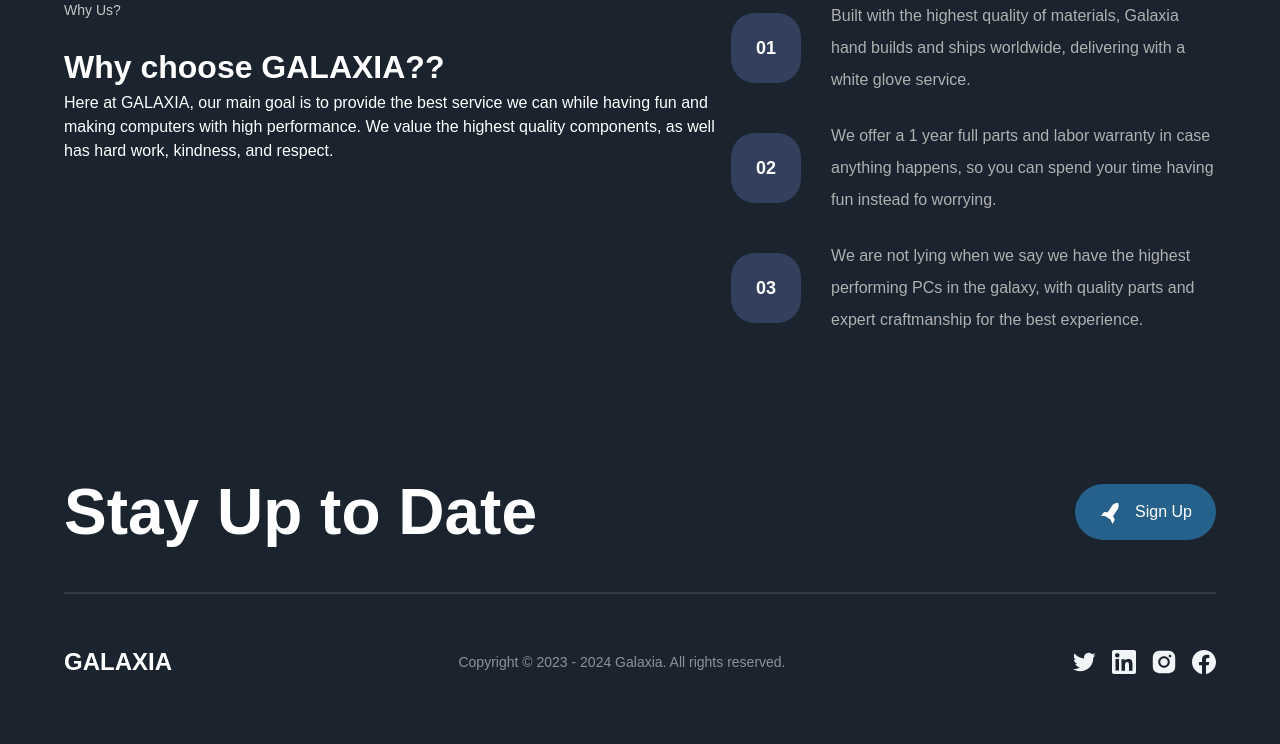
Repository: kaitlynlie/galaxia_pcs
Page: /
An editor plug-in stored every save of this project. The page is shown before and after the next save, followed by the edit.
The browser window is 1280 px wide. The pictures show the part of the page from y = 2754 to 3498 px (the page is 3498 px tall).
Some web fonts or font styles are not loaded; a fallback is used. The project was rebuilt for these pictures with package versions that can differ from the ones it lists, and the page was loaded fresh each time. Also part of the build but not shown: vite.config.js, components/PCcard.jsx, sections/Neptune.jsx, sections/Jupiter.jsx, sections/People.jsx, src/assets/index.js, sections/Video.jsx, sections/Program.jsx and 4 more. Imported but missing from the stored project, and not drawn on this page: src/assets/video.mp4.

Above is the page before, as saved 2023-08-09 19:09:12.

### index.html
<!DOCTYPE html>
<html lang="en">
  <head>
    <style>
      /* WebKit-based browsers (Chrome, Safari) */
      ::-webkit-scrollbar {
        width: 12px;
      }

      ::-webkit-scrollbar-track {
        background-color: #606060; /* Adjust the background color */
      }

      ::-webkit-scrollbar-thumb {
        background-color: #25618b; /* Adjust the thumb color */
        border-radius: 6px;
      }
    </style>
    <meta charset="UTF-8" />
    <link rel="icon" type="image/svg+xml" href="/logo.svg" />
    <link rel="preconnect" href="https://stijndv.com" />
    <link rel="stylesheet" href="https://stijndv.com/fonts/Eudoxus-Sans.css" />
    <meta name="viewport" content="width=device-width, initial-scale=1.0" />
    <title>GALAXIA</title>
  </head>
  <body>
    <div id="root"></div>
    <script type="module" src="/src/main.jsx"></script>
  </body>
</html>

### src/main.jsx
import React from 'react'
import App from './App.jsx'
import ReactDOM from 'react-dom';
import { BrowserRouter } from 'react-router-dom';


ReactDOM.render(
  <BrowserRouter>
    <App />
  </BrowserRouter>,
  document.getElementById('root'),
);

### src/App.jsx
import Navbar from '../components/Navbar'
import Home from '../pages/Home'
import Community from '../pages/Community'
import Creator from '../pages/Creator'
import PCs from '../pages/PCs'
import { Route, Routes } from 'react-router-dom'
import React from 'react'
import '../styles/globals.css'

function App() {

  return (
    <>
    <div className='bg-primary-black overflow-hidden'>
      <img
            src='./stars.png'
            alt='stars'
            className="z-0 absolute w-screen h-screen object-cover object-center opacity-50"
      />
      <Navbar />
      <Routes>
        <Route index path="/" element={<Home />} />
        <Route path="pc" element={<PCs />} />
        <Route path="community" element={<Community />} />
        <Route path="creator" element={<Creator />} />
      </Routes>
     </div>
    </>
  )
}

export default App

### components/Navbar.jsx
import { motion } from "framer-motion";
import styles from '../styles'
import { navVariants, textVariant } from '../utils/motion'
import { useState } from "react";
import { RiMenu3Line, RiCloseLine } from 'react-icons/ri';
import { Link } from 'react-router-dom'
import React from 'react'

const Navbar = () => {
  const [toggleMenu, setToggleMenu] = useState(false);

  const [nav, setNav] = useState(false);

  const openNav = () => {
    setNav(!nav);
  };

  return(
   <motion.nav
    variants={navVariants}
    initial="show"
    whileInView="show"
    viewport={{ once: false, amount: 0.25 }}
    className={`${styles.xPaddings} py-8 relative`}
  >
    <div className={`${styles.innerWidth} mx-auto flex justify-between gap-8 inline-block`}>
      <div className="flex flex-row gap-4 z-10">
        <img
          src='./logo.svg'
          alt='logo'
          />
          <Link onClick={openNav} to="/"><motion.h1 variants={textVariant(1.1)} className="flex text-white font-bold text-[24px] z-10">
            <a>GALAXIA</a>
          </motion.h1></Link>
      </div>

      <ul className='flex justify-center items-center text-white max-[880px]:hidden block z-10'>
        <Link onClick={openNav} to='/pc'><li className="mr-12"><a>Gaming PCs</a></li></Link>
        <Link onClick={openNav} to='/community'><li className="mr-12"><a>Community</a></li></Link>
        <Link onClick={openNav} to='/creator'><li><a>Creator Program</a></li></Link>
      </ul>

      <div className="relative ml-1 pointer max-[880px]:block hidden z-10">
        {toggleMenu
          ? <RiCloseLine color="#fff" size={27} onClick={() => setToggleMenu(false)} />
          : <RiMenu3Line color="#fff" size={27} onClick={() => setToggleMenu(true)} />}
        {toggleMenu && (
        <div className="flex justify-end items-end flex-col text-end bg-[#026884ce] p-3 absolute top-[40px] right-[10px] mt-1 rounded-[5px] shadow z-10">
          <div className="none">
            <ul className='flex justify-end items-end flex-col text-white text-end p-1'>
              <Link onClick={openNav} to='/pc'><li><a>Gaming PCs</a></li></Link>
              <Link onClick={openNav} to='/community'><li className="mt-2 pointer"><a>Community</a></li></Link>
              <Link onClick={openNav} to='/creator'><li className="mt-2 pointer"><a>Creator Program</a></li></Link>
            </ul>
          </div>
        </div>
        )}
        </div>

        <div className="flex flex-row gap-4 items-center max-[880px]:hidden block">
        <img
          src='./user.svg'
          alt='user'
        />
        <img
          src='./cart.svg'
          alt='cart'
        />
      </div>
      </div>

  </motion.nav>
  );
};

export default Navbar;

### pages/Home.jsx
import { Footer, Navbar } from '../components';
import { Triton, Neptune, Jupiter, Hero, WhyUs, Member } from '../sections';
import React from 'react'
import PickPC from '../sections/PickPC';

const Home = () => (
  <div className='bg-primary-black overflow-hidden'>
        {/* <img
          src='./stars.png'
          alt='stars'
          className="z-0 absolute w-screen h-screen object-cover object-center opacity-50"
    /> */}
    <Hero />
    <div className='relative'>
      <Triton />
      {/* <div className='gradient-03 z-0' /> */}
      <PickPC />
      <Member />
      {/* <Neptune /> */}
    </div>
    <div className='relative'>
      {/* <Jupiter /> */}
    </div>
    <div className='relative'>
      <WhyUs />
      {/* <div className='gradient-04 z-0' /> */}
      <Footer />
    </div>
  </div>
);

export default Home;

### styles/globals.css
@import "tailwindcss/base";

@import "tailwindcss/components";

@import "tailwindcss/utilities";

* {
  margin: 0;
  padding: 0;
  box-sizing: border-box;
  font-family: "Eudoxus Sans", sans-serif;
  scroll-behavior: smooth;
}

.gradient-01 {
  background-image: linear-gradient(
    270deg,
    hsl(295deg 76% 51%) 0%,
    hsl(284deg 70% 73%) 26%,
    hsl(257deg 70% 86%) 39%,
    hsl(202deg 92% 90%) 50%,
    hsl(215deg 77% 81%) 61%,
    hsl(221deg 73% 70%) 74%,
    hsl(220deg 76% 51%) 100%
  );
  filter: blur(125px);
}

.hero-gradient {
  background: linear-gradient(
    97.86deg,
    #a509ff 0%,
    #34acc7 53.65%,
    #a134c7 100%
  );
}

.gradient-02 {
  position: absolute;
  width: 200px;
  height: 438px;
  top: 0px;
  right: 0px;

  background: #7aebfb;
  filter: blur(190px);
}

.glassmorphism {
  background: rgba(255, 255, 255, 0.25);
  box-shadow: 0 8px 32px 0 rgba(31, 38, 135, 0.37);
  backdrop-filter: blur(4px);
  -webkit-backdrop-filter: blur(4px);
  border: 1px solid rgba(255, 255, 255, 0.18);
}

.gradient-03 {
  position: absolute;
  width: 404px;
  height: 800px;
  left: 20%;
  top: 5%;

  background: rgba(149, 66, 232, 0.35);
  filter: blur(175px);
  transform: rotate(-114.2deg);
}

.gradient-04 {
  position: absolute;
  width: 304px;
  height: 100vh;
  left: 30%;
  top: 10%;

  background: rgba(45, 72, 152, 0.75);
  filter: blur(200px);
  transform: rotate(-53.13deg);
}

.gradient-05 {
  background: linear-gradient(
    180deg,
    rgba(255, 255, 255, 0.04) 0%,
    rgba(255, 255, 255, 0) 100%
  );
}

.feedback-gradient {
  position: absolute;
  width: 200px;
  height: 316px;
  left: 0px;
  top: 0px;

  background: #8d39a3;
  filter: blur(175px);
}

.footer-gradient {
  position: absolute;
  width: 500px;
  height: 100px;
  left: 37%;
  bottom: 0;

  background: #65c4fa;
  filter: blur(150px);
}

.object {
  animation: MoveUpDown 4s linear infinite;
  position: relative;
  left: 0;
  bottom: 0;
}

@keyframes MoveUpDown {
  0%, 100% {
    bottom: 0;
  }
  50% {
    bottom: 100px;
  }
}

### components/CustomTexts.jsx
'use client';

import { motion } from "framer-motion";
import { textContainer, textVariant2 } from '../utils/motion'

export const TypingText = ({ title, textStyles}) => (
  <motion.p
    variants={textContainer}
    className={`font-normal text-[14px] text-secondary-white ${textStyles}`}
  >
    {Array.from(title).map((letter, index) => (
      <motion.span variants={textVariant2} key={index}>
        {letter === ' ' ? '\u00A0' : letter}
      </motion.span>
    ))}
  </motion.p>
);

export const TitleText = ({ title, textStyles}) => (
  <motion.h2
    variants={textVariant2}
    initial='hidden'
    whileInView='show'
    className={`mt-[22px] font-bold text-[32px] text-white ${textStyles}`}>
      {title}
  </motion.h2>
);

### components/WhyFeatures.jsx
import styles from "../styles";

const WhyFeatures = ({ number, subtitle
}) => (
  <div className={`${styles.flexCenter} flex-row`}>
    <div className={`${styles.flexCenter} w-[70px] h-[70px] rounded-[24px] bg-[#323f5d]`}>
      <p className="font-bold text-[18px] text-white">0{number}</p>
    </div>
    <p className="flex-1 ml-[30px] font-normal text-[16px] text-[#B0B0B0] leading-[32px]">{subtitle}</p>
  </div>
);

export default WhyFeatures;

### components/Footer.jsx
'use client';
import { motion } from "framer-motion";
import { socials } from "../constants";
import styles from "../styles";
import { footerVariants } from "../utils/motion";

const Footer = () => (
  <motion.footer
    variants={footerVariants}
    initial='show'
    whileInView='show'
    viewport={{ once: true, amount: 0.25 }}
    className={`${styles.paddings} py-8 relative`}>
    {/* <div className="footer-gradient" /> */}
    <div className={`${styles.innerWidth} mx-auto flex flex-col gap-8`}>
      <div className="flex items-center sm:justify-between flex-wrap gap-5">
        <h4 className="font-bold md:text-[64px] text-[44px] text-white">Stay Up to Date</h4>
        <button type="button" className="flex items-center h-fit py-4 px-6 bg-[#25618b] rounded-[32px] gap-[12px]">
          <img src='/logo.svg' alt='logo' className="w-[24px] h-[24px] object-contains"/>
          <span className="font-normal text-[16px] text-white">Sign Up</span>
        </button>
      </div>

      <div className="flex flex-col">
        <div className="mb-[50px] h-[2px] bg-white opacity-10"/>
        <div className="flex items-center justify-between flex-wrap gap-4">
          <h4 className="font-extrabold text-[24px] text-white">GALAXIA</h4>
          <p className="font-normal text-[14px] text-white opacity-50">
          Copyright © 2023 - 2024 Galaxia. All rights reserved.
          </p>
          <div className="flex gap-4">
            {socials.map((social) => (
              <img
                key={social.name}
                src={social.url}
                alt={social.name}
                className="w-[24px] h-[24px] object-contain cursor-pointer" />
            ))}
          </div>
        </div>
      </div>
    </div>
  </motion.footer>
);

export default Footer;

### components/Button.jsx
'use client';

const Button = () => (
    <button
    type="button"
    className="flex w-[127px] font-bold h-[44px] mt-[22px] items-center justify-center gap-[12px] bg-[#25618B] text-white text-[16px] rounded-[32px] pointer tracking-[0.08px] shrink-0 shadow-md transition-transform duration-300 hover:scale-105 hover:shadow-lg"
  >ADD TO CART
</button>
  );

  export default Button;

### sections/Hero.jsx
'use client';

import { motion } from "framer-motion";
import styles from '../styles';
import { slideIn, staggerContainer, fadeIn } from '../utils/motion'
import { TypingText, Button } from '../components'

const Hero = () => (
  <section className={`${styles.topPaddings} ${styles.xPaddings} flex flex-row items-center justify-center mt-10`}>
    <motion.div
      variants={fadeIn('up', 'tween', 0.2, 1)}
      initial="hidden"
      whileInView="show"
      viewport={{ once: true, amount: 0.25 }}
      className={`${styles.innerWidth} flex-col relative w-full flex justify-between items-center z-0`}
    >
      <div className="absolute z-0"/>
      <img
        src="/pc1.png"
        alt="pc"
        className="object z-10 sm:w-[357px] sm:h-[420px] w-[281px] h-[336px] relative mt-24 z-10"
      />
    </motion.div>

      <motion.div
        variants={staggerContainer}
        initial='hidden'
        whileInView='show'
        viewport={{ once: true, amount: 0.25}}
        className={`${styles.innerWidth} ${styles.xPaddings} md:px-[100px] max-[1000px]:hidden block mb-0 items-center z-10`}>
          <TypingText title='FEATURED' textStyles='text-start' />
          <motion.div
            variants={fadeIn('up', 'tween', 0.2, 1)}
            viewport={{ once: true, amount: 0.25}}
            className="mt-[8px] font-normal text-start text-secondary-white mt-9 flex-col flex flex-center">
              <span className="font-extrabold text-white sm:text-[32px] text-[20px]">TRITON </span>
              <p className="text-[20px] text-white">Triton, dedicated to users who want to travel past gaming experiences, uses high level components on the cutting edge of computers. Bold, beautiful, and a new reality for all users.</p>
          </motion.div>

          <motion.div
            variants={fadeIn('up', 'tween', 0.3, 1)}
            className="flex flex-col justify-between">
            <div className="flex flex-col justify-start items-start max-[880px]:flex-row mt-[38px]">
              <div className="flex flex-row justify-center items-center">
               <img
                src="/core.svg"
                alt="core"
                className="w-[37px] h-[37px] mt-[23px] justify-center items-center" />
                <p className="text-[20px] mt-[23px] ml-[19px] text-white">Earth Core e2-1023</p>
              </div>
              <div className="flex flex-row justify-center items-center">
               <img
                src="/card.svg"
                alt="card"
                className="w-[37px] h-[37px] mt-[23px] justify-start items-center" />
                <p className="text-[20px] mt-[23px] ml-[19px] text-white">KForce MTX 2390 Ti 12GB</p>
              </div>
            </div>

            <div className="flex flex-col justify-start items-start max-[880px]:items-center mt-[38px]">
              <div className="flex flex-row justify-between items-center">
                <p className="text-[20px] mt-[23px] text-white leading-9">$1,599.99 USD</p>
                <p className="text-[15px] mt-[23px] text-white line-through leading-[27px] ml-1">$1,999.99 USD</p>
              </div>
              <div className="flex flex-row justify-center items-center max-[880px]:flex-col">
                <Button />
              </div>
            </div>

          </motion.div>
      </motion.div>
  </section>
);

export default Hero;

### sections/Triton.jsx
'use client';

import { motion } from "framer-motion";
import { TypingText, Button } from '../components'
import styles from '../styles';
import { fadeIn, staggerContainer } from '../utils/motion';

const Triton = () => (
  <section className={`${styles.xPaddings} relative z-10 py-8`}>
      <motion.div
        variants={staggerContainer}
        initial='hidden'
        whileInView='show'
        viewport={{ once: true, amount: 0.25}}
        className={`${styles.innerWidth} mx-auto md:px-[100px] max-[1000px]:block hidden`}>
          <TypingText title='FEATURED' textStyles='text-center' />
          <motion.div
            variants={fadeIn('up', 'tween', 0.2, 1)}
            viewport={{ once: true, amount: 0.25}}
            className="mt-[8px] font-normal text-center text-secondary-white mt-9 ${styles.flexCenter} flex-col">
              <span className="font-extrabold text-white sm:text-[32px] text-[20px]">TRITON </span>
              <p className="text-[20px] text-white">Triton, dedicated to users who want to travel past gaming experiences, uses high level components on the cutting edge of computers. Bold, beautiful, and a new reality for all users.</p>
          </motion.div>

          <motion.div
            variants={fadeIn('up', 'tween', 0.3, 1)}
            className="flex flex-row max-[880px]:flex-col justify-between max-[880px]:items-center">


            <div className="flex flex-col justify-start items-start max-[880px]:items-center mt-[38px]">
              <div className="flex flex-row justify-center items-center">
               <img
                src="/core.svg"
                alt="core"
                className="w-[37px] h-[37px] mt-[23px] justify-center items-center" />
                <p className="text-[20px] mt-[23px] ml-[19px] text-white">Earth Core e2-1023</p>
              </div>
              <div className="flex flex-row justify-center items-center">
               <img
                src="/card.svg"
                alt="card"
                className="w-[37px] h-[37px] mt-[23px] justify-start items-center" />
                <p className="text-[20px] mt-[23px] ml-[19px] text-white">KForce MTX 2390 Ti 12GB</p>
              </div>
            </div>

            <div className="flex flex-col justify-start items-start max-[880px]:items-center mt-[38px]">
              <div className="flex flex-row justify-between items-center">
                <p className="text-[20px] mt-[23px] text-white leading-9">$1,599.99 USD</p>
                <p className="text-[15px] mt-[23px] text-white line-through leading-[27px] ml-1">$1,999.99 USD</p>
              </div>
              <div className="flex flex-row justify-center items-center max-[880px]:flex-col">
                <Button />
              </div>
            </div>

          </motion.div>
      </motion.div>
  </section>
);

export default Triton;

### sections/WhyUs.jsx
'use client';

import { motion } from "framer-motion";
import { TypingText, WhyFeatures, TitleText } from '../components'
import styles from '../styles';
import { staggerContainer, fadeIn, planetVariants } from '../utils/motion';
import { whyUs } from '../constants'

const GetStarted = () => (
  <section className={`${styles.paddings} relative z-10 flex justify-center items-center`}>
    <motion.div
      className={`${styles.innerWidth} mx-auto flex flex-col justify-center items-center`}>
        {/* <motion.div
          variants={planetVariants('left')}
          className={`flex-1 flex items-center justify-between max-[1024px]:justify-center`}
        >
          <img
            src="/planet.png"
            alt="planet"
            className="w-[421px] sm:h-[452px] h-[350px]"
            />
        </motion.div> */}
        <img src='./whyus.png'
              alt='why us'
              className="h-[600px] w-[600px]"
        />

        <motion.div
          variants={fadeIn('left', 'tween', 0.2, 1)}
          className="flex-[0.75] flex justify-between flex-row">
            <div className="flex flex-col">
              <TypingText title="Why Us?" />
              <TitleText title={<>Why choose GALAXIA??</>} />
              <p className="text-white">Here at GALAXIA, our main goal is to provide the best service we can while having fun and making computers with high performance. We value the highest quality components, as well has hard work, kindness, and respect.</p>
            </div>

            <div className="flex flex-col gap-[24px]">
            {whyUs.map((feature) => (
            <WhyFeatures key={feature.subtitle} {...feature} />
              ))}
            </div>
          </motion.div>
    </motion.div>
  </section>
);

export default GetStarted;

### sections/Member.jsx
import React from 'react'
import { TypingText } from '../components'
import styles from '../styles'

const Member = () => {
  return (
    <section className={`${styles.xPaddings} relative z-10 py-20 flex flex-col justify-center items-center mt-10 bg-[url('banner.jpeg')]`}>
      <div className={`${styles.innerWidth} md:px-[100px] mb-0 items-center flex-col flex justify-center`}>
          <TypingText title='ONE OF US' textStyles='text-center' />
          <div className="font-normal text-center text-secondary-white mt-10 flex-col flex flex-center items-center justify-center">
              <span className="font-extrabold text-white sm:text-[32px] text-[20px]">Interested in joining the GALAXIA Creator Program?</span>
              <p className="text-[20px] text-white">We would love to work with creators to empower those who are stars in making or are already shining! We focus on making items that we find interesting and would love to work with creators that do the same.</p>
            <button
                type="button"
                className="flex w-[127px] h-[44px] mt-[22px] items-center justify-center gap-[12px] bg-[#25618B] text-white text-[16px] rounded-[32px] pointer tracking-[0.08px] shrink-0 shadow-md transition-transform duration-300 hover:scale-105 hover:shadow-lg"
                >APPLY NOW
            </button>
        </div>
        </div>
        </section>
  )
}

export default Member

Loaded but not shown: utils/motion.js (161 lines, source omitted); constants/index.js (90 lines, source omitted); styles/index.js (23 lines, source omitted); tailwind.config.js (24 lines, source omitted); sections/index.js (21 lines, source omitted); components/index.js (16 lines, source omitted); sections/PickPC.jsx (223 lines, source omitted)

After the next save:
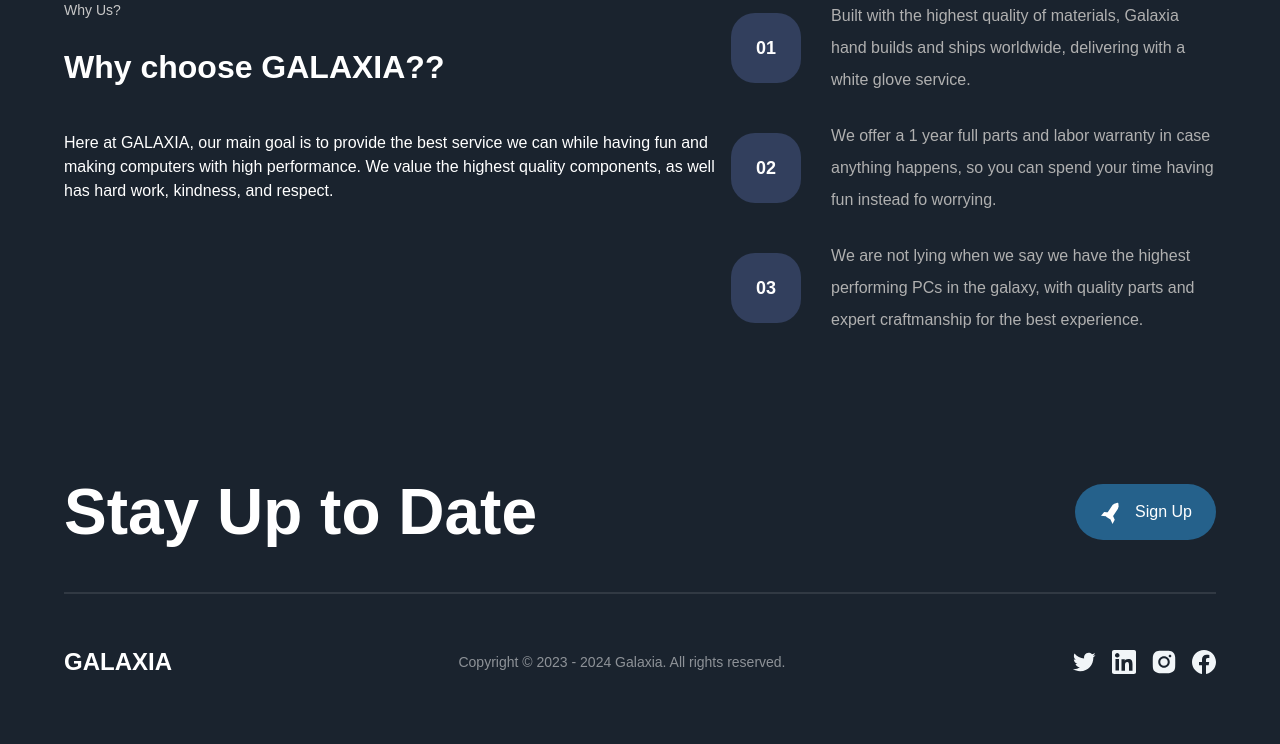
Saved 4 s later.
--- a/sections/WhyUs.jsx
+++ b/sections/WhyUs.jsx
@@ -31,7 +31,7 @@
             <div className="flex flex-col">
               <TypingText title="Why Us?" />
               <TitleText title={<>Why choose GALAXIA??</>} />
-              <p className="text-white">Here at GALAXIA, our main goal is to provide the best service we can while having fun and making computers with high performance. We value the highest quality components, as well has hard work, kindness, and respect.</p>
+              <p className="text-white mt-10">Here at GALAXIA, our main goal is to provide the best service we can while having fun and making computers with high performance. We value the highest quality components, as well has hard work, kindness, and respect.</p>
             </div>
 
             <div className="flex flex-col gap-[24px]">
